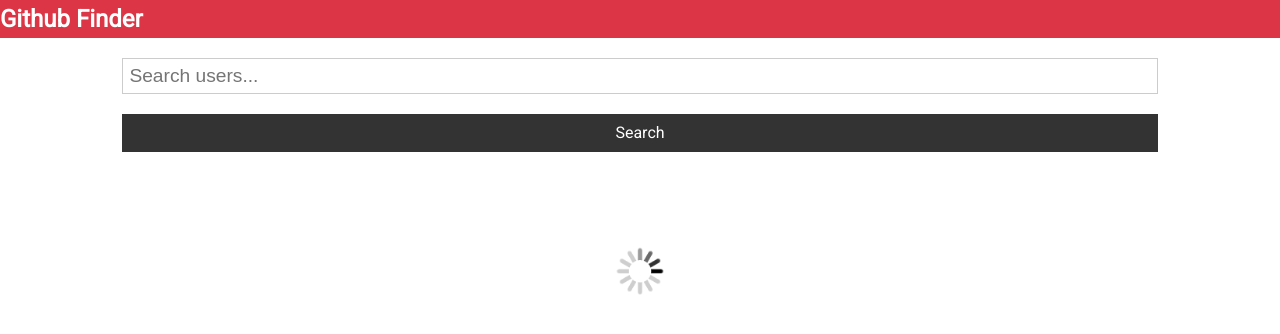
Repository: 7harshit20/github-users-finder
Page: /
An editor plug-in stored every save of this project. The page is shown before and after the next save, followed by the edit.
The browser window is 1280 px wide. The pictures show the whole page.
The page's requests for data from a server got no answer. The project was rebuilt for these pictures with package versions that can differ from the ones it lists, and the page was loaded fresh each time. No one was signed in, and anything a server would have sent is missing. Also part of the build but not shown: src/component/users/UserItems.js.

Above is the page before, as saved 2021-10-02 16:51:35.

### src/App.js
import './App.css';
import React, { Component } from 'react';
import Navbar from './component/layout/Navbar';
import Users from './component/users/Users';
import Search from './component/users/Search';

class App extends Component {
  state = {
    users: [],
    loading: false
  }

  // Search github user
  searchUsers = async (text) => {
    this.setState({ loading: true });

    const res = await fetch(`http://api.github.com/users?q=${text}&client_id=${process.env.REACT_APP_GITHUB_CLIENT_ID}&client_secret=${process.env.REACT_APP_GITHUB_CLIENT_SECRET}`);
    const data = await res.json();
    console.log(data);
    this.setState({ users: data, loading: false });
  };

  async componentDidMount() {
    this.setState({ loading: true });

    const res = await fetch(`http://api.github.com/users?client_id=${process.env.REACT_APP_GITHUB_CLIENT_ID}&client_secret=${process.env.REACT_APP_GITHUB_CLIENT_SECRET}`);
    const data = await res.json();

    this.setState({ users: data, loading: false });
  }

  render() {
    // const name = "Someone";
    // const load = false;
    // const showName = true;
    // if (!showName && !load) {
    //   return (
    //     <h1>Changes successful</h1>
    //   )
    // }
    // return (
    //   <div className="App" >
    //     {load ? <h4>Loading...</h4> : <h1>{name}'s Changes successful</h1>}
    //   </div>
    //   // <Fragment>
    //   //   <h1>Hello again</h1>
    //   // </Fragment>
    // );
    const name = "Github Finder";
    const { loading, users } = this.state;
    return (
      <div className="App">
        <Navbar title={name} />
        <div className="container">
          <Search searchUsers={this.searchUsers} />
          <Users loading={loading} users={users} />
        </div>
      </div>
    );

  }
}

export default App;

### src/component/layout/Navbar.js
// import React, { Component } from 'react'
// import PropTypes from 'prop-types'

// export class Navbar extends Component {
//     static defaultProps = {
//         title: 'Github Finder'
//     }

//     static propTypes = {
//         title: PropTypes.string.isRequired
//     }

//     render() {
//         return (
//             <nav className='bg-primary'>
//                 <h1>{this.props.title}</h1>
//             </nav>
//         )
//     }
// }

// export default Navbar
import React from 'react'
import PropTypes from 'prop-types'

const Navbar = ({ title }) => {
    return (
        <nav className='bg-primary'>
            <h1>
                {title}
            </h1>
        </nav>
    )
}
Navbar.defaultProps = {
    title: 'Github Finder'
}

Navbar.propTypes = {
    title: PropTypes.string.isRequired
}


export default Navbar

### src/component/users/Users.js
import React from 'react'
import UserItems from './UserItems';
import Spinner from '../layout/Spinner';
import PropTypes from 'prop-types'

const Users = ({ users, loading }) => {
    if (loading) {
        return <Spinner />
    }
    return (
        <div style={userStyle}>
            {users.map(user => (
                <UserItems key={user.id} user={user} />
            ))}
        </div>
    );
}

const userStyle = {
    display: 'grid',
    gridTemplateColumns: 'repeat(3,1fr)',
    gridGap: '1rem'
}

Users.prototype = {
    users: PropTypes.array.isRequired,
    loading: PropTypes.bool.isRequired
}

export default Users

### src/component/users/Search.js
import React, { Component } from 'react'

export class Search extends Component {
    state = {
        text: ''
    }
    onChange = (e) => {
        return this.setState({ [e.target.name]: e.target.value });
    }
    onSubmit = (e) => {
        e.preventDefault();
        this.props.searchUsers(this.state.text);
        this.setState({ text: '' });
    }
    render() {
        return (
            <div>
                <form onSubmit={this.onSubmit} className="form">
                    <input type="text" name="text" placeholder="Search users..." value={this.state.text} onChange={this.onChange} />
                    <input type="submit" value="Search" className="btn btn-dark btn-block" />
                </form>
            </div>
        )
    }
}

export default Search

### src/component/layout/Spinner.js
import React, { Fragment } from 'react'
import spinner from './spinner.gif'

const Spinner = () => {
    return (
        <Fragment>
            <img src={spinner} alt="Loading..." style={{ width: '200px', margin: 'auto', display: 'block' }} />
        </Fragment>
    )
}

export default Spinner;

Loaded but not shown: src/index.js (common file); src/reportWebVitals.js (common file); src/App.css (common file)

After the next save:
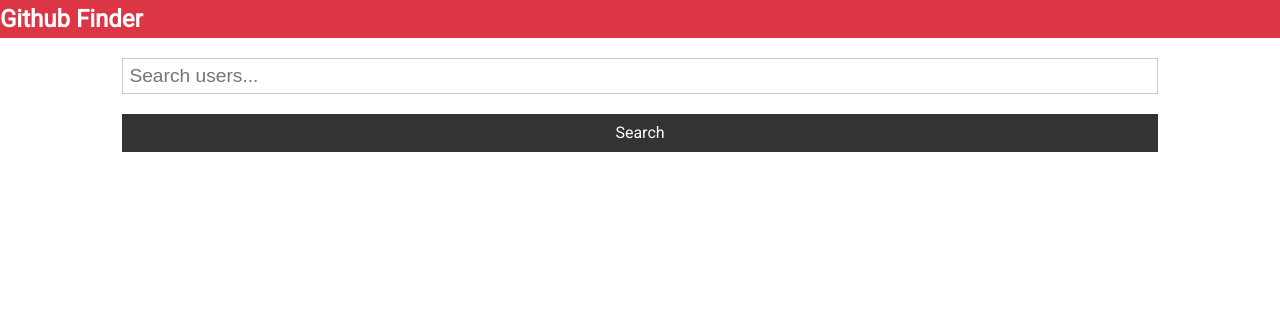
Saved 2 min 56 s later.
--- a/src/App.js
+++ b/src/App.js
@@ -20,14 +20,14 @@
     this.setState({ users: data, loading: false });
   };
 
-  async componentDidMount() {
-    this.setState({ loading: true });
+  // async componentDidMount() {
+  //   this.setState({ loading: true });
 
-    const res = await fetch(`http://api.github.com/users?client_id=${process.env.REACT_APP_GITHUB_CLIENT_ID}&client_secret=${process.env.REACT_APP_GITHUB_CLIENT_SECRET}`);
-    const data = await res.json();
+  //   const res = await fetch(`http://api.github.com/users?client_id=${process.env.REACT_APP_GITHUB_CLIENT_ID}&client_secret=${process.env.REACT_APP_GITHUB_CLIENT_SECRET}`);
+  //   const data = await res.json();
 
-    this.setState({ users: data, loading: false });
-  }
+  //   this.setState({ users: data, loading: false });
+  // }
 
   render() {
     // const name = "Someone";
